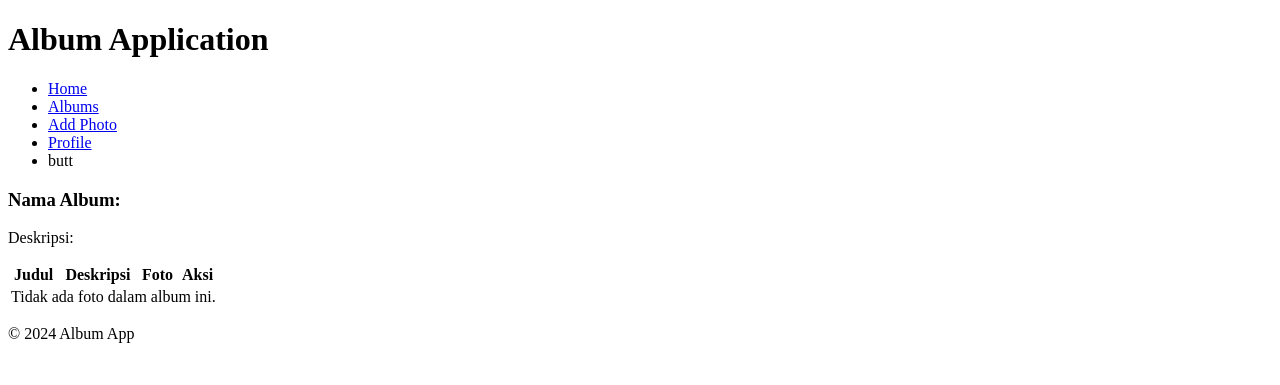
Repository: daffa-alif/snapgram
Page: http://localhost/photos
These files come from the project's save history. The page is drawn as it stood at one moment and after a run of saves; the edit follows.
The browser window is 1280 px wide. The pictures show the whole page.
The page is served by the project's Laravel application, run on PHP 8.4 with Laravel 12. A made-up administrator, Test User (test@example.com), is signed in. Queries for data that is not in the repository find no rows.

Above is the page before, as saved 2024-10-23 08:03:32.

After the next 2 saves:
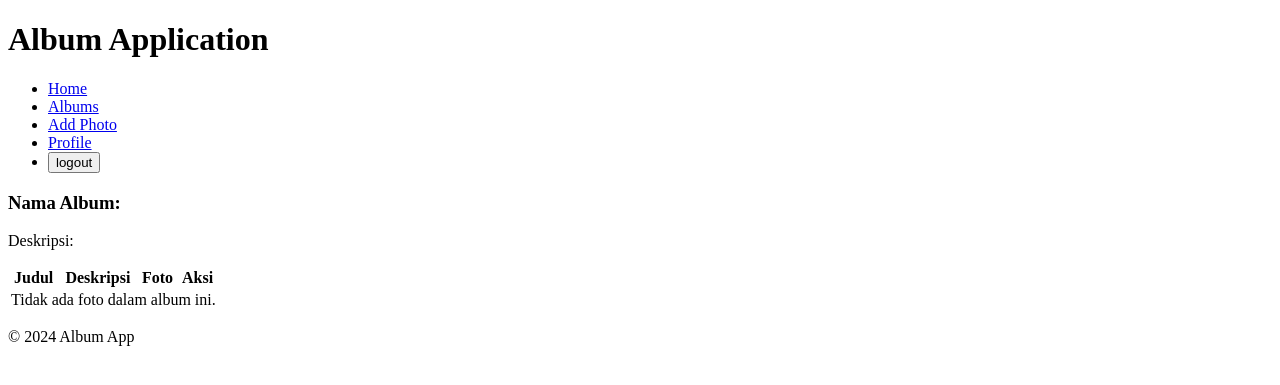
The 2 saves are shown as one change because they came seconds apart.
The last was saved 9 s later.
--- a/resources/views/layouts/app.blade.php
+++ b/resources/views/layouts/app.blade.php
@@ -20,7 +20,7 @@
                     <li><a href="{{ route('profile.index') }}">Profile</a></li>
                     <li><form action="{{ route('logout') }}" method="POST">
                         @csrf
-                        butt
+                        <button type="submit">logout</button>
                     </form></li>
                 </ul>
             </nav>
